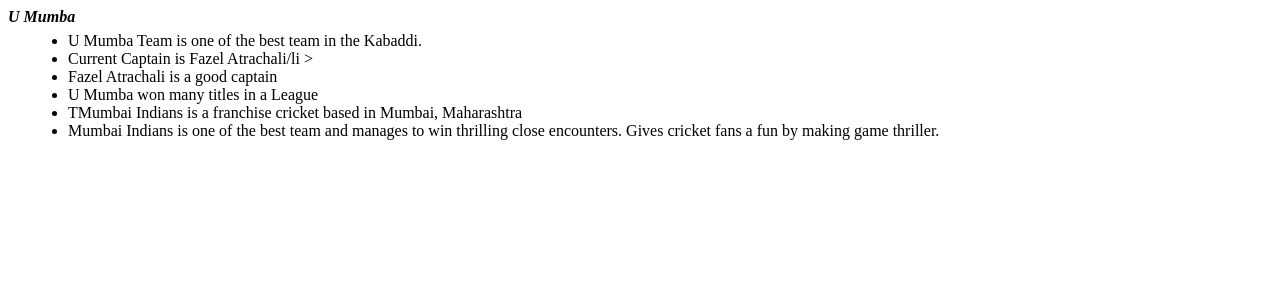
Repository: devanshudave1901/DevanshuDave_Sec002_ICE-05
Page: InfoFiles/uMumba.html
An editor plug-in stored every save of this project. The page is shown before and after the next save, followed by the edit.
The browser window is 1280 px wide. The pictures show the whole page.

Above is the page before, as saved 2022-03-20 21:17:12.

### InfoFiles/uMumba.html
<!DOCTYPE html>
<html>
<head>
<meta charset="utf-8">
<title>
</title>
</head>
<body>
<div>
<b><i>U Mumba</i></b><ul style="margin: 6px 0px 6px 20px; text-indent: 0pt;"> <li> U Mumba Team is one of the best team in the Kabaddi.
<li >Current Captain is </b>Fazel Atrachali/li
><li > Fazel Atrachali is a good captain</li>
<li>U Mumba won many titles in a League</li>
<li>TMumbai Indians is a franchise cricket based in Mumbai, Maharashtra</li>
<li >Mumbai Indians is one of the best team and manages to win thrilling close encounters. Gives cricket fans a fun by making game thriller.</li>
</div>
</body>
</html>

After the next save:
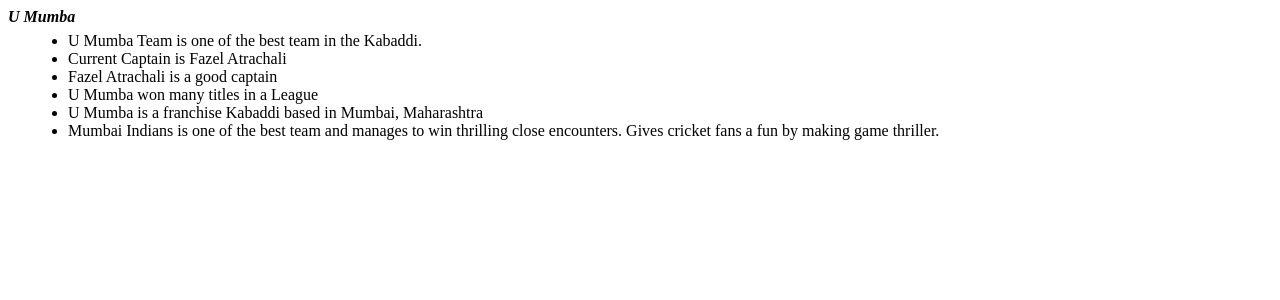
Saved 50 s later.
--- a/InfoFiles/uMumba.html
+++ b/InfoFiles/uMumba.html
@@ -8,10 +8,10 @@
 <body>
 <div>
 <b><i>U Mumba</i></b><ul style="margin: 6px 0px 6px 20px; text-indent: 0pt;"> <li> U Mumba Team is one of the best team in the Kabaddi.
-<li >Current Captain is </b>Fazel Atrachali/li
+<li >Current Captain is </b>Fazel Atrachali </li
 ><li > Fazel Atrachali is a good captain</li>
 <li>U Mumba won many titles in a League</li>
-<li>TMumbai Indians is a franchise cricket based in Mumbai, Maharashtra</li>
+<li>U Mumba is a franchise Kabaddi based in Mumbai, Maharashtra</li>
 <li >Mumbai Indians is one of the best team and manages to win thrilling close encounters. Gives cricket fans a fun by making game thriller.</li>
 </div>
 </body>
